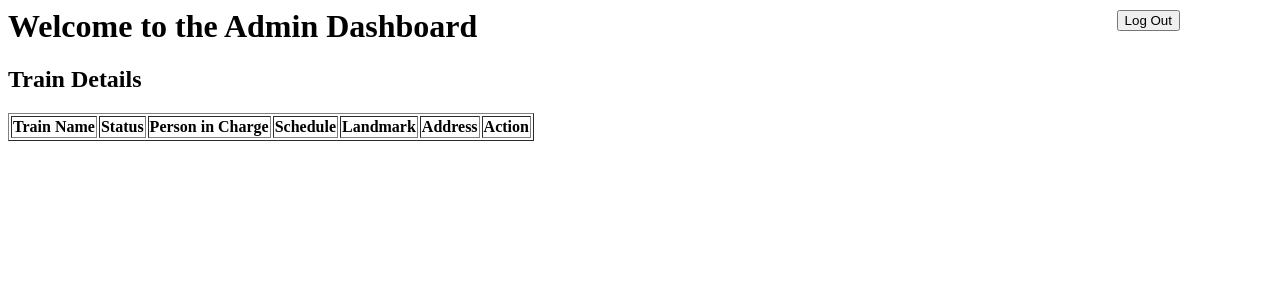
Repository: MohamedUmar083/Project_2
Page: http://localhost/Railway_Crossing_Status/admin-dashboard.jsp
These files come from the project's save history. The page is drawn as it stood at one moment and after the next save; the edit follows.
The browser window is 1280 px wide. The pictures show the whole page.
The page is served by Tomcat 10. Other server files are loaded and not shown. Queries for data that is not in the repository find no rows.

Above is the page before, as saved 2023-12-22 20:44:51.

### Railway Crossing Status/src/main/webapp/admin-dashboard.jsp
<%@ page import="java.sql.Connection" %>
<%@ page import="java.sql.DriverManager" %>
<%@ page import="java.sql.PreparedStatement" %>
<%@ page import="java.sql.ResultSet" %>
<%@ page import="java.sql.SQLException" %>
<%@ page contentType="text/html;charset=UTF-8" language="java" %>



<html>
<head>
    <title>Admin Dashboard</title>
</head>
<body>
    <!-- Add Train button -->
    <h1>Welcome to the Admin Dashboard</h1>
    <form action="add-train.jsp" method="get" style="position: absolute; top: 10px; right: 1800px;">
        <input type="submit" value="Add Train">
    </form>
    <form action="logout.jsp" method="get" style="position: absolute; top: 10px; right: 100px;">
        <input type="submit" value="Log Out">
    </form>


    <h2>Train Details</h2>
     <table border="1">
        <thead>
            <tr>
                <th>Train Name</th>
                <th>Status</th>
                <th>Person in Charge</th>
                <th>Schedule</th>
                <th>Landmark</th>
                <th>Address</th>
                <th>Action</th>
            </tr>
        </thead>
        <tbody>
            <%
            try {
                // Database connection details
                String jdbcUrl = "jdbc:mysql://localhost:3306/railwayproject";
                String dbUsername = "root";
                String dbPassword = "Mohdumar@1011302";

                // Establish the database connection
                Class.forName("com.mysql.cj.jdbc.Driver");
                Connection connection = DriverManager.getConnection(jdbcUrl, dbUsername, dbPassword);

                // Query to retrieve available trains
                String sql = "SELECT * FROM trains";
                int i=0;
                try (PreparedStatement statement = connection.prepareStatement(sql);
                     ResultSet resultSet = statement.executeQuery()) {

                	while (resultSet.next()) {
                        String trainName = resultSet.getString("train_name");
                        String status = resultSet.getString("crossing_status");
                        String personInCharge = resultSet.getString("person_in_charge");
                        String schedule = resultSet.getString("train_schedule");
                        String landmark = resultSet.getString("landmark");
                        String address = resultSet.getString("address");

                        // Display train details in the table
            %>
                        <tr>
                             <td><%= trainName %></td>
            <td><%= status %></td>
            <td><%= personInCharge %></td>
            <td><%= schedule %></td>
            <td><%= landmark %></td>
            <td><%= address %></td>
            <td>
            <a href="update.jsp?id=<%=resultSet.getString("id")%>">
            <button type="button"  class="update">Update</button></a>

            <a href="delete.jsp?id=<%=resultSet.getString("id") %>">
            <button type="button"  class="delete">Delete</button></a></td>
                        </tr>
                        <%

                        i++;
                	}
                    }
                connection.close();

            } catch (ClassNotFoundException | SQLException e) {
                e.printStackTrace(); // Handle the exception appropriately in your application
            }
            %>
        </tbody>
    </table>

    <!-- Add any other admin-specific content here -->

</body>
</html>

After the next save:
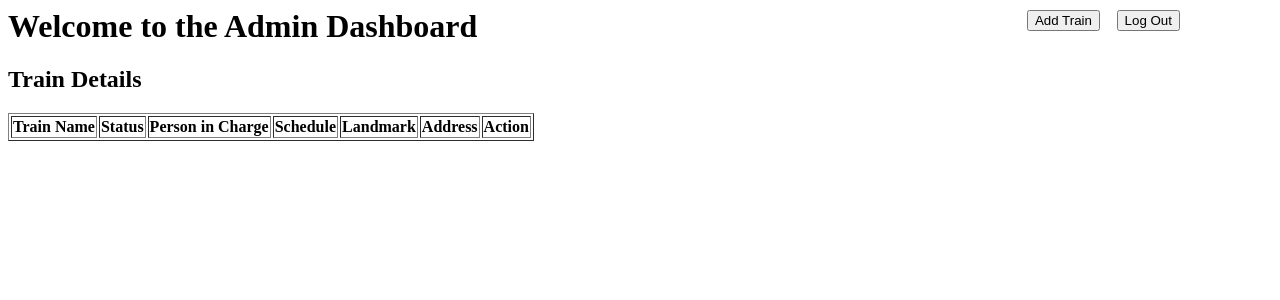
Saved 20 s later.
--- a/Railway Crossing Status/src/main/webapp/admin-dashboard.jsp
+++ b/Railway Crossing Status/src/main/webapp/admin-dashboard.jsp
@@ -14,7 +14,7 @@
 <body>
     <!-- Add Train button -->
     <h1>Welcome to the Admin Dashboard</h1>
-    <form action="add-train.jsp" method="get" style="position: absolute; top: 10px; right: 1800px;">
+    <form action="add-train.jsp" method="get" style="position: absolute; top: 10px; right: 180px;">
         <input type="submit" value="Add Train">
     </form>
     <form action="logout.jsp" method="get" style="position: absolute; top: 10px; right: 100px;">
